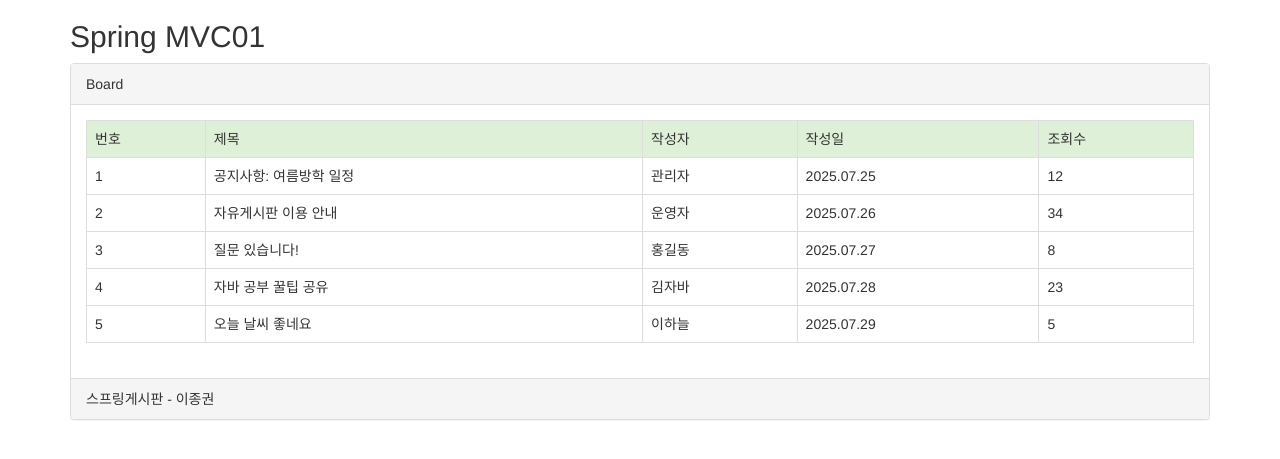
Repository: leejonggwon/PBG_SpringProject
Page: http://localhost/SpringMVC01/boardList.do
The author's editor kept a copy of each file at every save. The page is drawn from the files as they stood at one save, then again after the next save.
The browser window is 1280 px wide. The pictures show the whole page.
The page is served by Tomcat 9.

Above is the page before, as saved 2025-08-01 01:44:04.

After the next save:
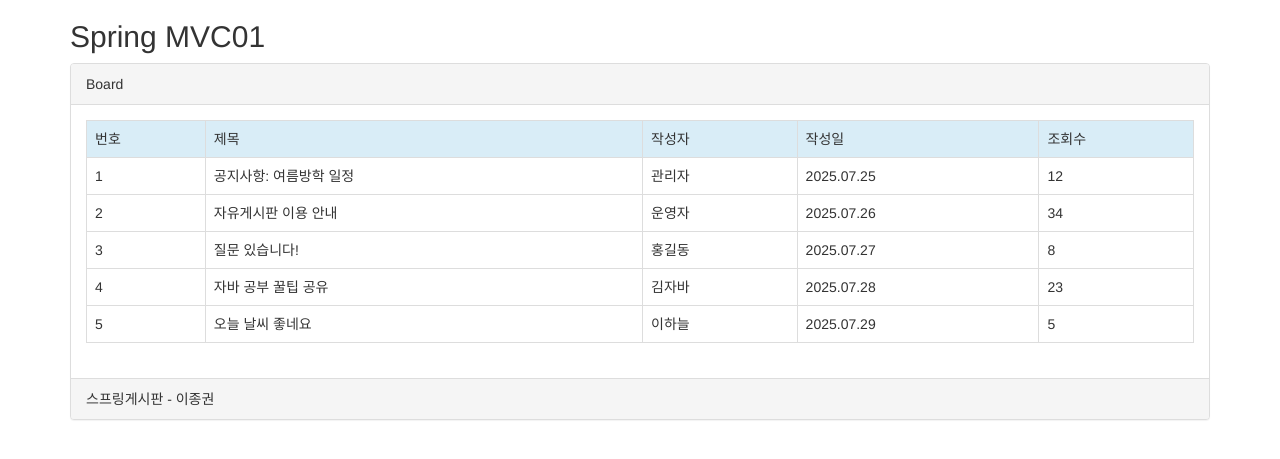
Saved 43 s later.
--- a/SpringMVC01/src/main/webapp/WEB-INF/views/boardList.jsp
+++ b/SpringMVC01/src/main/webapp/WEB-INF/views/boardList.jsp
@@ -17,7 +17,7 @@
 			<div class="panel-heading">Board</div>
 			<div class="panel-body">
 				<table class= "table table-bordered table-hover">
-					<tr class="success">
+					<tr class="info">
 						<td>번호</td>
 						<td>제목</td>
 						<td>작성자</td>
